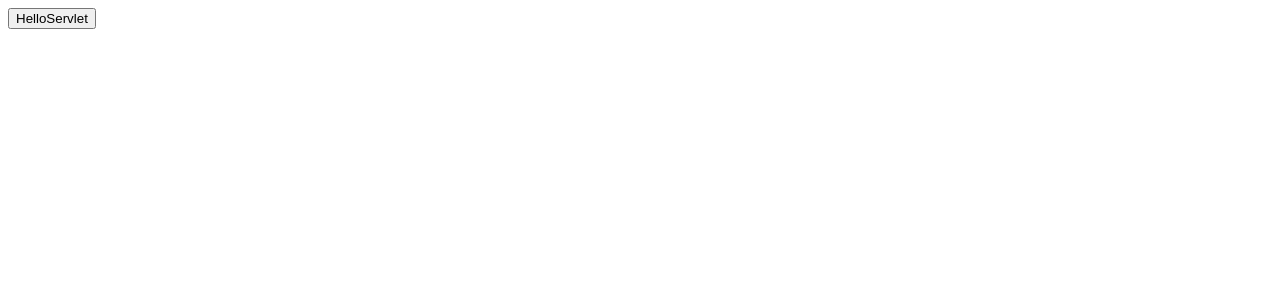
Repository: takanoko/test
Page: http://localhost/HelloServlet/
The author's editor kept a copy of each file at every save. The page is drawn from the files as they stood at one save, then again after the next save.
The browser window is 1280 px wide. The pictures show the whole page.
The page is served by Tomcat 9. Other server files are loaded and not shown.

Above is the page before, as saved 2019-04-10 10:52:52.

### HelloServlet/WebContent/index.jsp
<%@ page language="java" contentType="text/html; charset=UTF-8"
    pageEncoding="UTF-8"%>
<!DOCTYPE html>
<html>
<head>
<meta charset="UTF-8">
<title>HelloServlet</title>
</head>
<body>

<input type="button" value="HelloServlet" onClick="location.href='HelloServlet'">


</body>
</html>

After the next save:
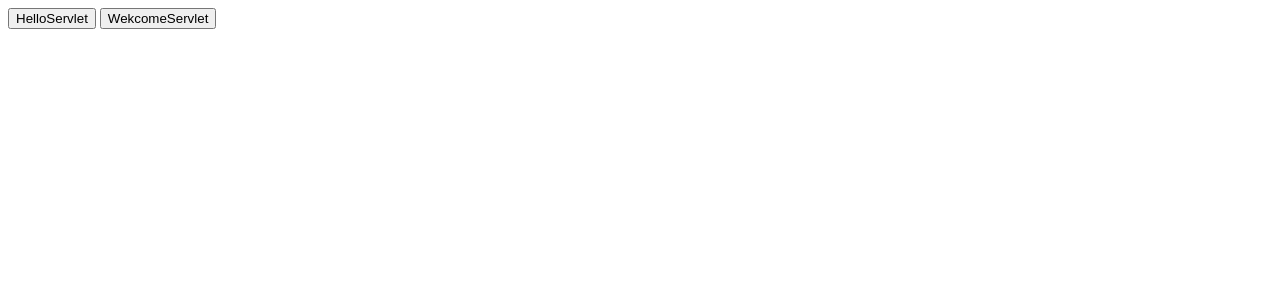
Saved 85 s later.
--- a/HelloServlet/WebContent/index.jsp
+++ b/HelloServlet/WebContent/index.jsp
@@ -9,7 +9,7 @@
 <body>
 
 <input type="button" value="HelloServlet" onClick="location.href='HelloServlet'">
-
+<input type="button" value="WekcomeServlet" onClick="location.href='welcome.jsp'">
 
 </body>
 </html>
